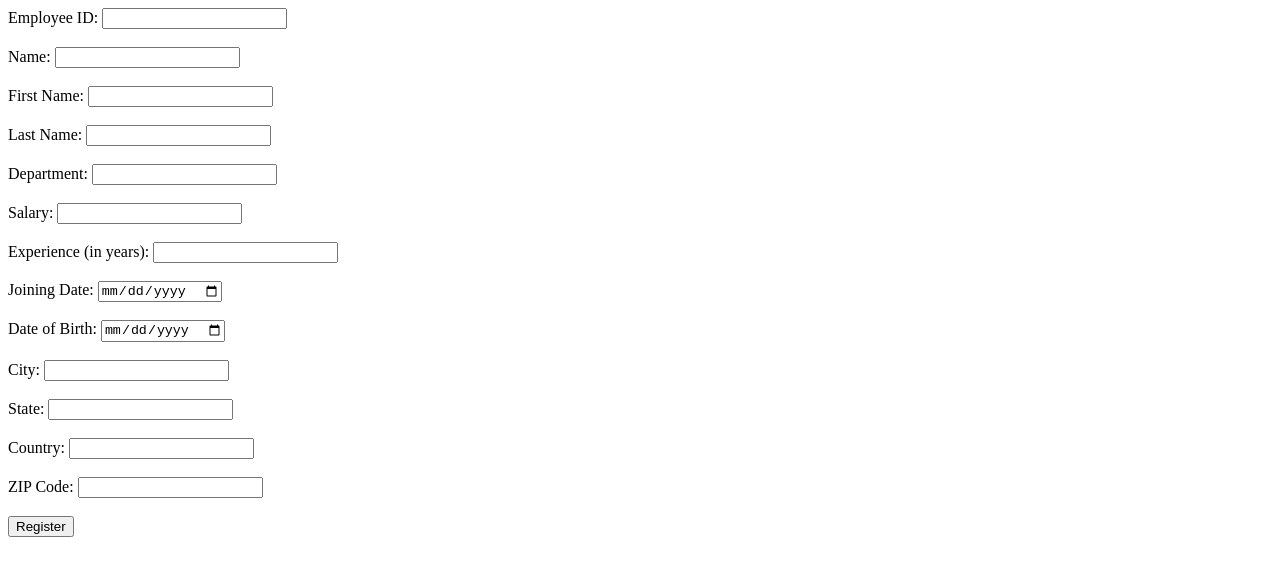
Repository: vishwasoni05/Spring_Boot
Page: http://localhost/Employee_Data/WEB-INF/views/home.jsp
The author's editor kept a copy of each file at every save. The page is drawn from the files as they stood at one save, then again after the next save.
The browser window is 1280 px wide. The pictures show the whole page.
The page is served by Tomcat 9. Nobody is signed in. Other server files are loaded and not shown. The template is opened directly, without the code that normally fills it, so the values that code supplies are empty.

Above is the page before, as saved 2025-06-02 13:08:28.

### Employee_Data/src/main/webapp/WEB-INF/views/home.jsp
<%@ page language="java" contentType="text/html; charset=UTF-8"
    pageEncoding="UTF-8"%>
<!DOCTYPE html>
<html>
	<head>
		<title>MySpringApp</title>
	</head>
	<body>
		<form action="/sent" method="post">
			<label for="emp_id">Employee ID:</label>
			<input type="number" name="emp_id" id="emp_id" /><br><br>

			<label for="name">Name:</label>
			<input type="text" name="name" id="name" /><br><br>

			<label for="first_name">First Name:</label>
			<input type="text" name="first_name" id="first_name" /><br><br>

			<label for="last_name">Last Name:</label>
			<input type="text" name="last_name" id="last_name" /><br><br>

			<label for="department">Department:</label>
			<input type="text" name="department" id="department" /><br><br>

			<label for="salary">Salary:</label>
			<input type="number" step="0.01" name="salary" id="salary" /><br><br>

			<label for="experience">Experience (in years):</label>
			<input type="number" name="experience" id="experience" /><br><br>

			<label for="joining_data">Joining Date:</label>
			<input type="date" name="joining_data" id="joining_data" /><br><br>

			<label for="date_of_birth">Date of Birth:</label>
			<input type="date" name="date_of_birth" id="date_of_birth" /><br><br>

			<label for="city">City:</label>
			<input type="text" name="city" id="city" /><br><br>

			<label for="state">State:</label>
			<input type="text" name="state" id="state" /><br><br>

			<label for="country">Country:</label>
			<input type="text" name="country" id="country" /><br><br>

			<label for="zip_code">ZIP Code:</label>
			<input type="number" name="zip_code" id="zip_code" /><br><br>


			<input type="submit" value="Register" />
		</form>
	</body>
</html>

After the next save:
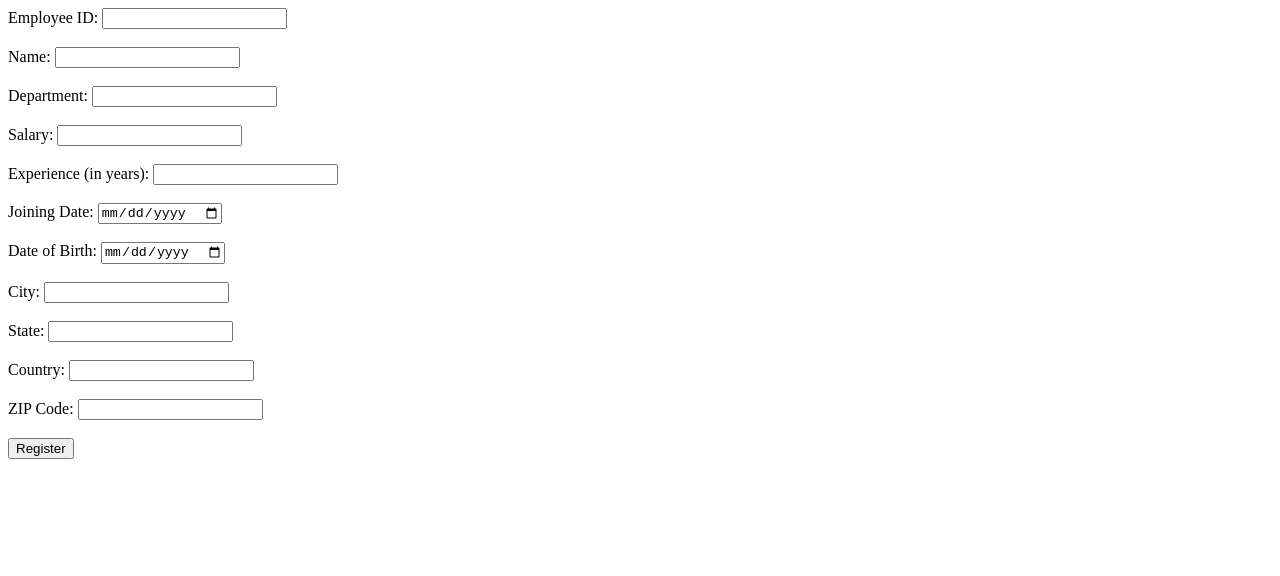
Saved 77 s later.
--- a/Employee_Data/src/main/webapp/WEB-INF/views/home.jsp
+++ b/Employee_Data/src/main/webapp/WEB-INF/views/home.jsp
@@ -13,11 +13,6 @@
 			<label for="name">Name:</label>
 			<input type="text" name="name" id="name" /><br><br>
 
-			<label for="first_name">First Name:</label>
-			<input type="text" name="first_name" id="first_name" /><br><br>
-
-			<label for="last_name">Last Name:</label>
-			<input type="text" name="last_name" id="last_name" /><br><br>
 
 			<label for="department">Department:</label>
 			<input type="text" name="department" id="department" /><br><br>
